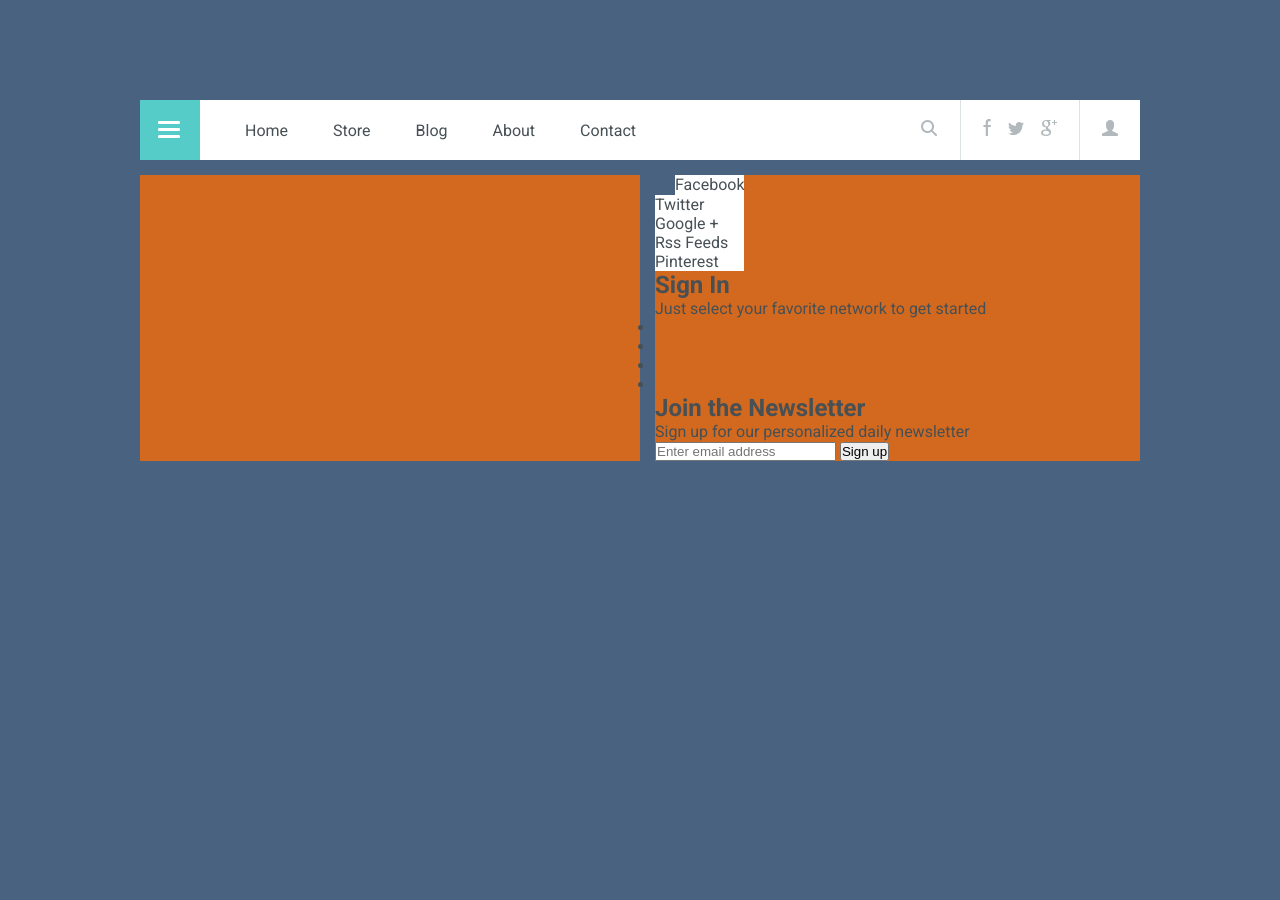
Repository: pawelczubak/WeeklyWebDevChallenge
Page: Challenge_4/index.html
These files come from the project's save history. The page is drawn as it stood at one moment and after the next save; the edit follows.
The browser window is 1280 px wide. The pictures show the whole page.
Some web libraries are served in a nearby version.

Above is the page before, as saved 2020-04-27 20:05:55.

### Challenge_4/index.html
<!DOCTYPE html>
<html lang="en">

<head>
    <meta charset="UTF-8">
    <meta name="viewport" content="width=device-width, initial-scale=1.0">

    <title>Weekly WebDev Challenge - 4</title>

    <link href="https://fonts.googleapis.com/css2?family=Roboto:wght@300;400;700&display=swap" rel="stylesheet">
    <script src="https://kit.fontawesome.com/f64caa1a2c.js" crossorigin="anonymous"></script>

    <meta name="viewport" content="width = device-width, initial-scale=1, user-scalable=yes">
    <link rel="stylesheet" href="css/main.css">
</head>

<body>
    <div class="container">
        <!--  -----  NAVIGATION START  -----  -->
        <nav class="nav">
            <div class="nav-button">

                <svg xmlns="http://www.w3.org/2000/svg" xmlns:xlink="http://www.w3.org/1999/xlink" width="0.24in"
                    height="0.18in">
                    <path fill-rule="evenodd" fill="rgb(255, 255, 255)"
                        d="M20.653,17.008 L1.347,17.008 C0.603,17.008 -0.000,16.417 -0.000,15.690 L-0.000,15.372 C-0.000,14.644 0.603,14.055 1.347,14.055 L20.653,14.055 C21.397,14.055 22.000,14.644 22.000,15.372 L22.000,15.690 C22.000,16.417 21.397,17.008 20.653,17.008 ZM20.653,9.980 L1.347,9.980 C0.603,9.980 -0.000,9.390 -0.000,8.662 L-0.000,8.344 C-0.000,7.617 0.603,7.027 1.347,7.027 L20.653,7.027 C21.397,7.027 22.000,7.617 22.000,8.344 L22.000,8.662 C22.000,9.390 21.397,9.980 20.653,9.980 ZM20.653,2.952 L1.347,2.952 C0.603,2.952 -0.000,2.362 -0.000,1.635 L-0.000,1.317 C-0.000,0.589 0.603,-0.001 1.347,-0.001 L20.653,-0.001 C21.397,-0.001 22.000,0.589 22.000,1.317 L22.000,1.635 C22.000,2.362 21.397,2.952 20.653,2.952 Z" />
                </svg>

            </div>
            <ul class="nav-list">
                <li class="nav-list__item"><a href="#" class="nav-list__link">Home</a></li>
                <li class="nav-list__item"><a href="#" class="nav-list__link">Store</a></li>
                <li class="nav-list__item"><a href="#" class="nav-list__link">Blog</a></li>
                <li class="nav-list__item"><a href="#" class="nav-list__link">About</a></li>
                <li class="nav-list__item"><a href="#" class="nav-list__link">Contact</a></li>
            </ul>
            <div class="nav-icons">
                <div class="nav-icons__search">
                    <a href="#" class="nav-link__icon">
                        <svg xmlns="http://www.w3.org/2000/svg" xmlns:xlink="http://www.w3.org/1999/xlink"
                            width="0.18in" height="0.17in">
                            <path class="nav-icons__svg" fill-rule="evenodd" fill="rgb(178, 185, 189)"
                                d="M15.728,14.309 L11.786,10.388 C12.600,9.303 13.088,7.963 13.088,6.504 C13.088,2.908 10.157,-0.006 6.541,-0.006 C2.926,-0.006 -0.005,2.908 -0.005,6.504 C-0.005,10.100 2.926,13.014 6.541,13.014 C7.963,13.014 9.275,12.558 10.349,11.793 L14.304,15.726 C14.697,16.117 15.335,16.117 15.728,15.726 C16.121,15.335 16.121,14.700 15.728,14.309 ZM6.541,11.011 C4.038,11.011 2.009,8.994 2.009,6.504 C2.009,4.015 4.038,1.996 6.541,1.996 C9.044,1.996 11.073,4.015 11.073,6.504 C11.073,8.994 9.044,11.011 6.541,11.011 Z" />
                        </svg>
                    </a>
                </div>
                <ul class="nav-icons__social-list">
                    <li class="nav-icons__social-icons">
                        <a href="#" class="nav-link__icon">
                            <svg xmlns="http://www.w3.org/2000/svg" xmlns:xlink="http://www.w3.org/1999/xlink"
                                width="0.09in" height="0.18in">
                                <path class="nav-icons__svg" fill-rule="evenodd" fill="rgb(178, 185, 189)"
                                    d="M7.672,0.063 L6.069,0.063 C6.069,0.063 2.724,-0.188 2.724,3.338 C2.724,4.092 2.724,6.011 2.724,6.011 L0.453,6.011 L0.459,7.910 L2.723,7.910 L2.725,17.002 L5.000,17.002 L5.000,7.910 L7.507,7.910 L8.042,6.011 L5.013,6.011 L5.013,3.266 C5.013,3.266 4.988,2.341 6.072,2.341 L7.662,2.341 L7.672,0.063 Z" />
                            </svg>
                        </a>
                    </li>
                    <li class="nav-icons__social-icons">
                        <a href="#" class="nav-link__icon">
                            <svg xmlns="http://www.w3.org/2000/svg" xmlns:xlink="http://www.w3.org/1999/xlink"
                                width="0.17in" height="0.14in">
                                <path class="nav-icons__svg" fill-rule="evenodd" fill="rgb(178, 185, 189)"
                                    d="M16.027,1.547 C15.437,1.809 14.803,1.985 14.138,2.065 C14.817,1.659 15.338,1.015 15.584,0.250 C14.949,0.625 14.245,0.898 13.497,1.046 C12.897,0.408 12.043,0.009 11.097,0.009 C9.282,0.009 7.810,1.478 7.810,3.291 C7.810,3.547 7.839,3.799 7.895,4.039 C5.163,3.901 2.741,2.595 1.119,0.611 C0.837,1.095 0.674,1.658 0.674,2.259 C0.674,3.398 1.255,4.402 2.137,4.990 C1.598,4.974 1.091,4.825 0.648,4.579 C0.647,4.593 0.647,4.606 0.647,4.621 C0.647,6.211 1.781,7.537 3.285,7.838 C3.009,7.913 2.718,7.953 2.418,7.953 C2.207,7.953 2.000,7.933 1.800,7.894 C2.218,9.198 3.432,10.147 4.871,10.172 C3.746,11.053 2.328,11.578 0.788,11.578 C0.523,11.578 0.261,11.562 0.004,11.531 C1.459,12.462 3.187,13.006 5.043,13.006 C11.089,13.006 14.395,8.006 14.395,3.671 C14.395,3.529 14.393,3.387 14.387,3.246 C15.029,2.783 15.586,2.206 16.027,1.547 Z" />
                            </svg>
                        </a>
                    </li>
                    <li class="nav-icons__social-icons">
                        <a href="#" class="nav-link__icon">
                            <svg xmlns="http://www.w3.org/2000/svg" xmlns:xlink="http://www.w3.org/1999/xlink"
                                width="0.18in" height="0.18in">
                                <path class="nav-icons__svg" fill-rule="evenodd" fill="rgb(178, 185, 189)"
                                    d="M15.006,4.015 L15.006,5.999 L13.966,5.999 L13.966,4.015 L11.997,4.015 L11.997,3.013 L13.966,3.013 L13.966,0.971 L15.006,0.971 L15.006,3.013 L17.010,3.013 L17.010,4.015 L15.006,4.015 ZM8.900,2.055 C9.780,2.557 10.247,3.589 10.247,4.730 C10.247,5.777 9.666,6.620 8.845,7.259 C8.043,7.884 7.891,8.145 7.891,8.676 C7.891,9.129 8.849,9.803 9.290,10.132 C10.823,11.279 11.112,12.000 11.134,13.433 C11.162,15.338 9.199,17.001 6.054,17.001 C3.294,17.001 0.982,15.749 0.982,13.959 C0.982,11.258 2.897,10.385 5.657,10.385 C5.958,10.385 6.233,10.377 6.518,10.377 C6.141,10.013 5.836,9.697 5.836,9.144 C5.836,8.815 5.940,8.501 6.087,8.221 C5.938,8.231 5.785,8.241 5.627,8.241 C3.360,8.241 2.041,6.653 2.041,4.664 C2.041,2.715 4.050,0.969 6.459,0.969 C7.701,0.969 11.208,0.969 11.208,0.969 L10.147,2.055 L8.900,2.055 ZM6.121,11.642 C4.364,11.642 2.912,12.300 2.912,13.538 C2.912,14.799 4.207,15.828 5.999,15.828 C8.520,15.828 9.398,14.865 9.398,13.601 C9.398,13.449 9.394,13.295 9.341,13.156 C8.733,11.642 6.774,11.642 6.121,11.642 ZM8.249,4.923 C8.040,3.342 7.249,2.152 6.035,2.115 C4.820,2.079 3.755,3.182 3.966,4.764 C4.175,6.348 5.330,7.409 6.545,7.446 C7.760,7.481 8.458,6.507 8.249,4.923 Z" />
                            </svg>
                        </a>
                    </li>
                </ul>
                <div class="nav-icons__acount">
                    <a href="#" class="nav-link__icon">
                        <svg xmlns="http://www.w3.org/2000/svg" xmlns:xlink="http://www.w3.org/1999/xlink"
                            width="0.182in" height="0.18in">
                            <path class="nav-icons__svg" fill-rule="evenodd" fill="rgb(178, 185, 189)"
                                d="M15.993,17.030 L1.963,17.030 C1.394,17.030 0.932,16.569 0.932,15.999 L0.932,15.405 C0.932,14.535 1.963,14.374 1.963,14.374 L7.322,11.719 C5.880,10.561 5.056,8.283 5.056,7.156 L5.056,4.578 C5.056,2.871 6.903,0.969 9.181,0.969 C11.459,0.969 13.024,2.871 13.024,4.578 L13.024,7.156 C13.024,8.394 12.208,10.604 10.779,11.729 L15.993,14.374 C15.993,14.374 17.024,14.551 17.024,15.405 L17.024,15.999 C17.024,16.569 16.562,17.030 15.993,17.030 Z" />
                        </svg>
                    </a>
                </div>
            </div>
        </nav>

        <!--  -----  NAVIGATION END  -----  -->

        <!--  -----  MAIN START  -----  -->
        <main class="main">
            <!--  -----  MENU SECTION START  -----  -->
            <section class="menu-section"></section>
            <!--  -----  MENU SECTION END  -----  -->

            <!--  -----  SOCIAL SECTION START  -----  -->
            <section class="social-section">
                <article class="social-section__socials-container">
                    <ul class="socials-container__socials-list">
                        <li class="socials-container__socials-items">
                            <a href="#" class="socials-container__socials-link">
                                <div class="social-link__icon"></div>Facebook
                            </a>
                        </li>
                        <li class="socials-container__socials-items">
                            <a href="#" class="socials-container__socials-link">Twitter</a>
                        </li>
                        <li class="socials-container__socials-items">
                            <a href="#" class="socials-container__socials-link">Google +</a>
                        </li>
                        <li class="socials-container__socials-items">
                            <a href="#" class="socials-container__socials-link">Rss Feeds</a>
                        </li>
                        <li class="socials-container__socials-items">
                            <a href="#" class="socials-container__socials-link">Pinterest</a>
                        </li>
                    </ul>
                    <div class="socials-container__follow-items">
                        <div class="socials-container__facebook-widget"></div>
                        <div class="socials-container__twitter-widget"></div>
                    </div>
                </article>
                <article class="social-section__sign-in">
                    <h2 class="socials-container__header">Sign In</h2>
                    <p class="sign-in__paragraph">Just select your favorite network to get started</p>
                    <ul class="sign-in__list">
                        <li class="sign-in__item"><a href="#" class="sign-in__link"></a></li>
                        <li class="sign-in__item"><a href="#" class="sign-in__link"></a></li>
                        <li class="sign-in__item"><a href="#" class="sign-in__link"></a></li>
                        <li class="sign-in__item"><a href="#" class="sign-in__link"></a></li>
                    </ul>
                </article>
                <article class="social-section__newsletter">
                    <h2 class="socials-container__header">Join the Newsletter</h2>
                    <p class="newsletter__paragraph">Sign up for our personalized daily newsletter</p>
                    <form action="GET" class="newsletter__form">
                        <input placeholder="Enter email address" type="email" name="email" required
                            class="newsletter__input" autocomplete="off" />
                        <button class="newsletter__button" formenctype="multipart/form-data" type="submit">Sign
                            up</button>
                    </form>
                </article>
            </section>
            <!--  -----  SOCIAL SECTION END  -----  -->
        </main>
        <!--  -----  MAIN END  -----  -->


    </div>

    <script src="js/main.js" type="text/javascript"></script>
</body>

</html>

### Challenge_4/css/main.css
*,
*::after,
*::before {
    box-sizing: border-box;
    margin: 0;
    padding: 0;
}

/*------------------  GLOBAL START  ------------------*/
body {
    margin: 0;
    padding: 0;
    font: 16px 'Roboto', sans-serif;
    color: #475055;
    background-color: #49627f;
}

.container {
    max-width: 1000px;
    min-height: 700px;
    margin: 100px auto;
    overflow: hidden;
}

/*------------------  GLOBAL END  ------------------*/
/*------------------  NAV START  ------------------*/
.nav {
    position: relative;
    display: flex;
    justify-content: left;
    width: 100%;
    height: 60px;
    background-color: #ffffff;
    margin-bottom: 15px;
}

.nav-button {
    display: flex;
    align-items: center;
    justify-content: center;
    background-color: #56ccc8;
    width: 60px;
    cursor: pointer;
    pointer-events: none;
}

.nav-button:hover {
    background-color: #56ddd8;
}

.nav-list {
    display: flex;
    list-style: none;

}

.nav-list__item {
    padding-left: 45px;
    display: flex;
    align-items: center
}

.nav-list__link {
    text-decoration: none;
    color: #475055;
}

.nav-list__link:hover {
    color: #56ccc8;
}

.nav-icons {
    display: flex;
    align-items: center;
    margin-left: auto;
}

.nav-icons__search {
    width: 60px;
    display: flex;
    justify-content: center;
}

.nav-link__icon {}

.nav-icons__social-list {
    position: relative;
    display: flex;
    height: 100%;
    justify-content: space-around;
    align-items: center;
    width: 120px;
    padding: 0 15px;
}

.nav-icons__social-list::before,
.nav-icons__social-list::after {
    position: absolute;
    content: '';
    top: 0;
    height: 100%;
    width: 1px;
    background-color: #dde2e4;
}

.nav-icons__social-list::after {
    left: 0;
}

.nav-icons__social-list::before {
    right: 0;
}

.nav-icons__social-icons {
    list-style: none;
}

.nav-icons__acount {
    width: 60px;
    display: flex;
    justify-content: center;
}

.nav-link__icon:hover .nav-icons__svg {
    fill: #152840;
}

/*------------------  NAV END  ------------------*/
/*------------------  MAIN START  ------------------*/
.main {
    display: flex;
    width: 100%;
}

/*------------------  MENU SECTION START  ------------------*/
.menu-section {
    width: 50%;
    /*    !!!!!!!!!!  ONLY FOR TEST !!!!!! */
    min-heignt: 500px;
    background-color: chocolate;
}

/*------------------  MENU SECTION END  ------------------*/
/*------------------  SOCIAL SECTION START  ------------------*/
.social-section {
    width: calc(50% - 15px);
    margin-left: 15px;

    background-color: chocolate;

}

.social-section__socials-container {
    display: flex;
}

.socials-container__socials-list {
    list-style: none;
    background-color: #ffffff;
}

.socials-container__socials-items {}

.social-link__icon {
    height: 20px;
    width: 20px;
    background-color: #49627f;
}

.socials-container__socials-link {
    display: flex;
    text-decoration: none;
    color: #475055;
}

/*------------------  SOCIAL SECTION END  ------------------*/

/*------------------  MAIN END  ------------------*/

/*------------------  MEDIAQUERY START  ------------------*/

@media screen and (max-width: 1024px) {
    .container {
        max-width: 95%;
    }
}

@media screen and (max-width: 800px) {
    .container {
        margin: 15px auto;
    }

    /*------------------  NAV START  ------------------*/
    .nav-button {
        pointer-events: all;
    }

    .nav-list {
        position: absolute;
        flex-direction: column;
        background-color: #ffffff;
        width: 50%;
        top: 60px;
        left: 0;
        height: 500px;
        justify-content: space-around;
        align-items: center;
        transform: translateX(-101%);
        transition: all 0.2s ease-in;
    }

    .nav-list__item {
        opacity: 0;
        padding: 0;
    }

    /*------------------  NAV END  ------------------*/
}

.nav-list--active {
    transform: translateX(0%);
}

/*------------------  MEDIAQUERY END  ------------------*/

/*------------------  ANIMATIONS  ------------------*/
@keyframes navLinkFade {
    from {
        opacity: 0;
        transform: translateX(-50px);
    }

    to {
        opacity: 1;
        transform: translateX(0px);
    }
}

### Challenge_4/js/main.js
const navSlide = () => {
    const burger = document.querySelector('.nav-button');
    const nav = document.querySelector('.nav-list');
    const navLinks = document.querySelectorAll('.nav-list__item');



    burger.addEventListener('click', () => {
        //Toggle nav
        nav.classList.toggle('nav-list--active');

        //Animate links
        navLinks.forEach((link, index) => {
            if (link.style.animation) {
                link.style.animation = ''
            } else {
                link.style.animation = `navLinkFade 0.5s ease forwards ${index / 7 + 0.2}s`;
            }

        });
    });


}

navSlide();

After the next save:
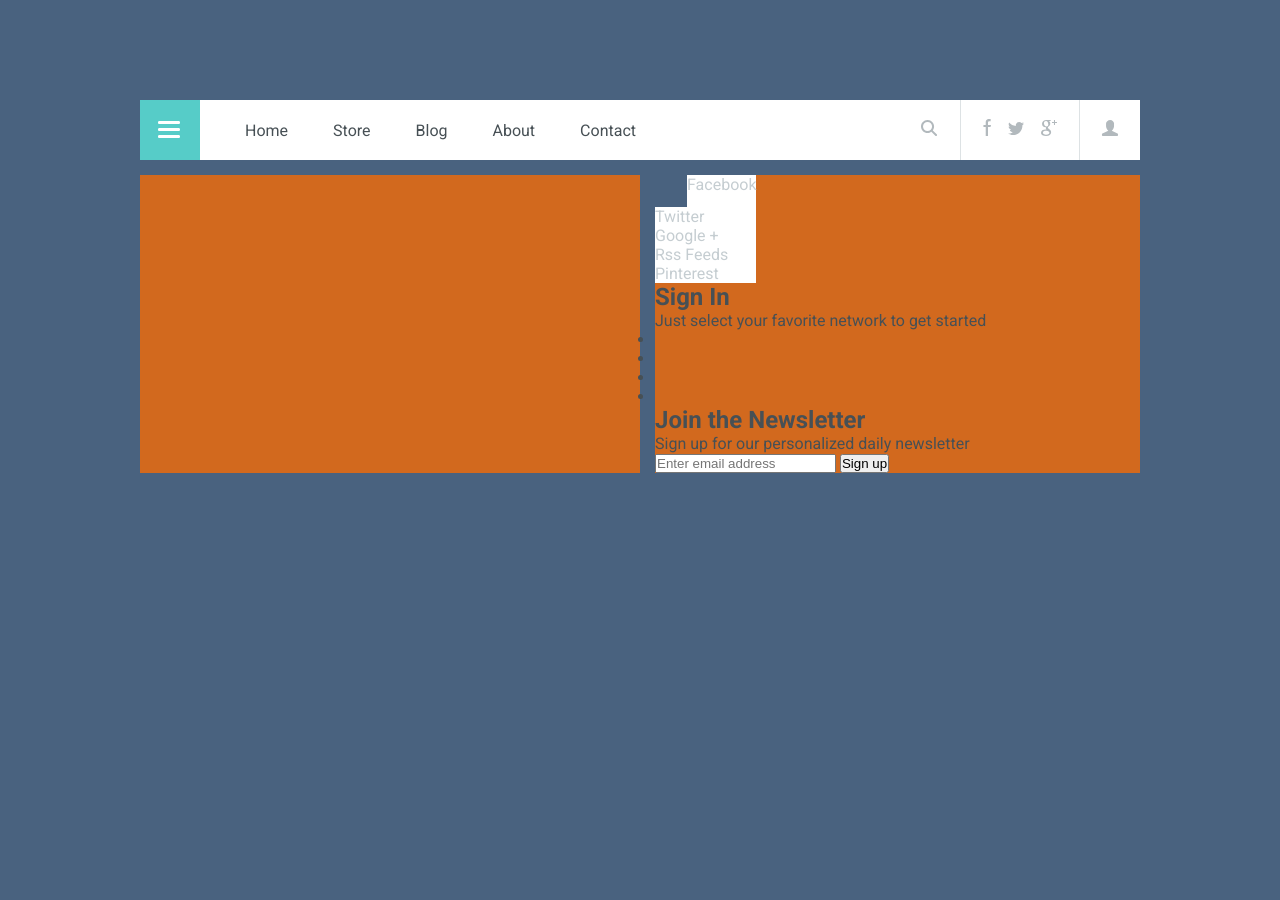
Saved 83 s later.
--- a/Challenge_4/css/main.css
+++ b/Challenge_4/css/main.css
@@ -162,15 +162,15 @@ body {
 .socials-container__socials-items {}
 
 .social-link__icon {
-    height: 20px;
-    width: 20px;
+    height: 32px;
+    width: 32px;
     background-color: #49627f;
 }
 
 .socials-container__socials-link {
     display: flex;
     text-decoration: none;
-    color: #475055;
+    color: #c5cdd1;
 }
 
 /*------------------  SOCIAL SECTION END  ------------------*/
